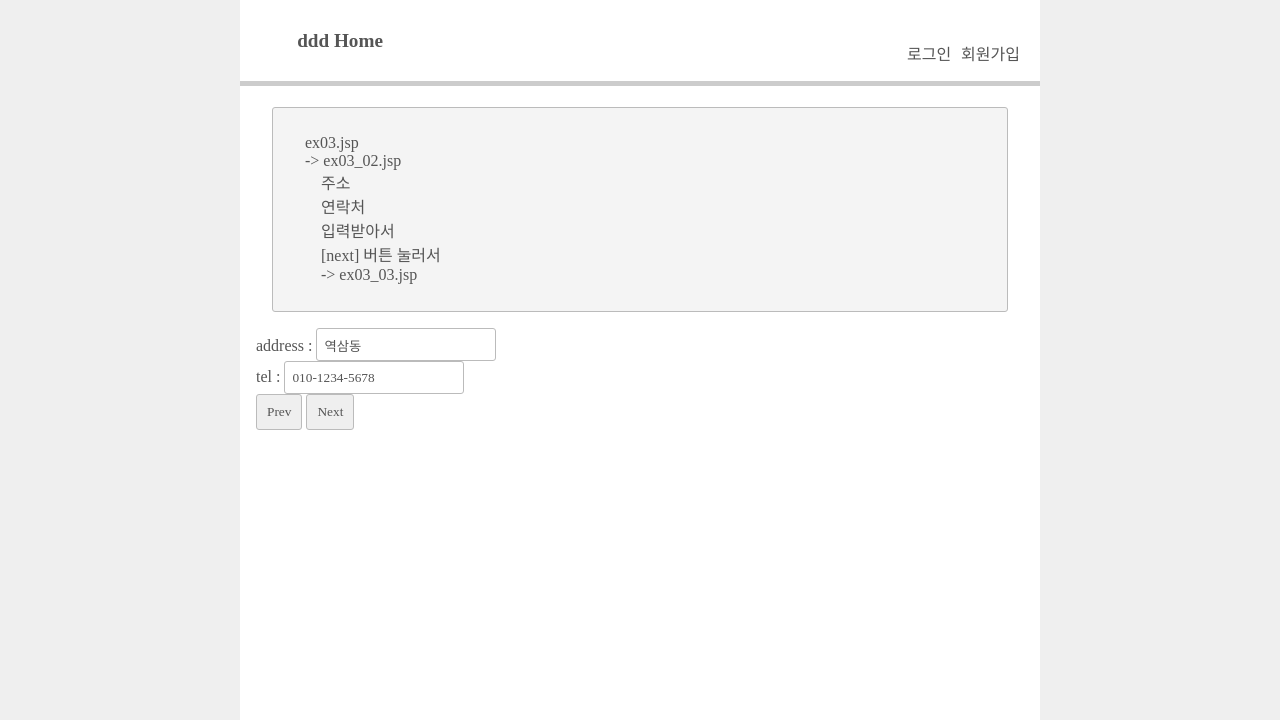
Repository: Deneb0000/JSP
Page: http://localhost/jspPro/days04/ex03_02.jsp
The author's editor kept a copy of each file at every save. The page is drawn from the files as they stood at one save, then again after the next save.
The browser window is 1280 px wide. The pictures show the whole page.
Some web fonts or font styles are not loaded; a fallback is used. The page is served by Tomcat 9. Other server files are loaded and not shown.

Above is the page before, as saved 2024-10-18 06:15:58.

### jspPro/src/main/webapp/days04/ex03_02.jsp
<%@ page contentType="text/html; charset=UTF-8" pageEncoding="UTF-8"%>
<%@ taglib prefix="c" uri="http://java.sun.com/jsp/jstl/core" %>
<!DOCTYPE html>
<html>
<head>
<meta charset="UTF-8">
<title>Insert title here</title>
<link rel="shortcut icon" type="image/x-icon" href="http://localhost/jspPro/images/SiSt.ico">
<script src="https://ajax.googleapis.com/ajax/libs/jquery/3.7.1/jquery.min.js"></script>
<meta name="viewport" content="width=device-width, initial-scale=1.0">
<meta name="google" content="notranslate">
<link rel="stylesheet" href="http://localhost/jspPro/resources/cdn-main/example.css">
<script src="http://localhost/jspPro/resources/cdn-main/example.js"></script>
<style>
 span.material-symbols-outlined{
    vertical-align: text-bottom;
 }
</style>
</head>
<body>
<header>
  <h1 class="main"><a href="#" style="position: absolute;top:30px;">ddd Home</a></h1>
  <ul>
    <li><a href="#">로그인</a></li>
    <li><a href="#">회원가입</a></li>
  </ul>
</header>
<div>
  <xmp class="code">
    ex03.jsp
    -> ex03_02.jsp
    	주소
    	연락처
    	입력받아서
    	[next] 버튼 눌러서
    	-> ex03_03.jsp
  </xmp>

  <%
  String name = request.getParameter("name");
  String age = request.getParameter("age");

  %>

  <form action="ex03_03.jsp">
  address : <input type="text" name="address" value="역삼동" /> <br />
  tel : <input type="text" name="tel" value="010-1234-5678" /> <br />
  <input type="button" value="Prev" onclick="history.back()" />
  <input type="submit" value="Next" />
  </form>

</div>
</body>
</html>

### jspPro/src/main/webapp/resources/cdn-main/example.css
@charset "UTF-8";

@import url('https://fonts.googleapis.com/css2?family=Material+Symbols+Outlined:opsz,wght,FILL,GRAD@20..48,100..700,0..1,-50..200');

@font-face {
    font-family: 'GmarketSansMedium';
    src: url('https://cdn.jsdelivr.net/gh/projectnoonnu/noonfonts_2001@1.1/GmarketSansMedium.woff') format('woff');
    font-weight: normal;
    font-style: normal;
}

:root {
	--text-color: #555;
	--sub-text-color: #777;
	--back-color: #EFEFEF;
	--header-color: #444;
	--primary-color: #DEDEDE;
	--secondary-color: #EFEFEF;
	--default-width: 800px;
	--narrow-width: 500px;
	--wide-width: 1200px;
	--text-font: 'GmarketSansMedium';
	--icon-font: 'Material Symbols Outlined';
	--border-color: #CCC;
}

html, body {
	margin: 0;
	padding: 0;
}

html {
	background-color: var(--back-color);
	display: flex;
	justify-content: center;
	min-height: 100vh;
}

body, body.default {
	width: var(--default-width);
	background-color: white;
	padding-bottom: 120px;
}

body.wide {
	width: var(--wide-width);
}

body.narrow {
	width: var(--narrow-width);
}



body, p, div, span, a, input, select, option, textarea, button, table, th, td, label, fieldset, legend {
	font-family: var(--text-font);
	color: var(--text-color);
}

h1, h2, h3 {
	font-family: var(--text-font);
	color: var(--header-color);
	padding: 0 1rem;
	padding-top: .5rem;
}

div > h1, div > h2, div > h3 {
	padding: 0;
}

body > div, body > main > div {
	padding: 0.3rem 1rem;
}


h1 { font-size: 2rem; border-bottom: 1px solid var(--border-color); }
h1 small { font-size: 1.2rem; color: var(--sub-text-color); }
h2 { font-size: 1.5rem; border-bottom: 1px dashed var(--border-color); }
h2 small { font-size: 1.1rem; color: --sub-text-color; }
h3 { font-size: 1.2rem; }
h3 small { font-size: 1rem; color: --sub-text-color; }



h1.main::before {
	font-family: var(--icon-font);
  	content: '\e666';
  	margin-right: 10px;
  	float: left;
	font-size: 2.5rem;
}

h1.sub::before {
	font-family: var(--icon-font);
  	content: '\ea19';
  	margin-right: 10px;
  	float: left;
	font-size: 2.5rem;
}


h1.page::before {
	font-family: var(--icon-font);
  	content: '\e0e0';
  	margin-right: 10px;
  	float: left;
	font-size: 2.5rem;
}

body > header > ul > li > .active{
	background-color: #FFF;
	color:#F00;
}

body > header {
	display: flex;
	justify-content: space-between;
	border-bottom: 5px solid var(--border-color);
	min-height: 74px;
	background-color: #FFF;
}

body > header.sticky {
	position: sticky;
	top: 0;
	z-index: 98;
}

body > header > h1 {
	font-size: 1.2rem;
	border: 0;
}

body > header.in > h1::before {
	font-family: var(--icon-font);
  	content: '\e332‥';
  	margin-right: 3px;
  	float: left;
	font-size: 2rem;
}


body > header > ul {
	list-style-type: none;
	display: flex;
	align-items: flex-end;
	margin-right: 10px;
}

body > header > ul > li {
	margin-right: 10px;
	cursor: pointer;
}

body > header > ul > li > a {
	cursor: pointer;
}


form {
	display: block;
}

form > div {
	padding: 0.3rem 1rem;
}

div > form > div {
	padding: 0.3rem 0;
}

input, textarea, button, select {
	border: 1px solid #BBB;
	border-radius: 3px;
	outline: none;
	resize: none;
	padding: 7px;
	margin: 0;
}

input[type=text]:read-only, textarea:read-only {
	cursor: not-allowed;
	background-color: #FFF;
}

input[type=text]:disabled, textarea:disabled {
	cursor: not-allowed;
	background-color: #EEE;
}

input[type=text], input[type=password], textarea, button, select {
	/* width: 300px; */
}

textarea {
	display: block;
	height: 100px;
}

input[type=button], input[type=submit], button {
	/* width: inherit; */
}

input.short, textarea.short, button.short, select.short {
	width: 100px;
}

input.long, textarea.long, button.long, select.long {
	width: 350px;
}

.narrow input.long, .narrow textarea.long, .narrow button.long, .narrow select.long {
	width: calc(100% - 20px);
}

input.full, textarea.full, button.full, select.full {
	width: calc(100% - 20px);
}

textarea.short {
	height: 50px;
}

textarea.long {
	height: 100px;
}

textarea.full {
	height: 200px;
}

input, textarea {
	padding-top: 8px;
}

input[type=button], input[type=submit], button {
	padding: 5px 10px;
	background-color: var(--secondary-color);
	cursor: pointer;
	min-height: 36px;
}

input[type=button].primary, input[type=submit].primary, button.primary {
	/* background-color: rgba(100, 149, 237, .2); */
	background-color: var(--primary-color);
}

input[type=button].primary:hover, input[type=submit].primary:hover, button.primary:hover {
	/* background-color: rgba(100, 149, 237, .3); */
	background-color: var(--secondary-color);
}

input[type=button]:hover, input[type=submit]:hover, button:hover {
	background-color: var(--primary-color);
}

button {
	position: relative;
	left: 0;
	top: 0;
	padding-left: 35px;
}

button .material-symbols-outlined {
	position: absolute;
	left: 10px;
	top: 4px;
}

/* k2nik add */
button.login::before {
	font-family: var(--icon-font);
  	content: '\ea77';
	position: absolute;
	left: 11px;
	top: 4px;
	font-size: 1.25rem;
}

/* k2nik logout */
button.logout::before {
	font-family: var(--icon-font);
  	content: '\e9ba';
	position: absolute;
	left: 11px;
	top: 4px;
	font-size: 1.25rem;
}

/* k2nik help */
button.help::before {
	font-family: var(--icon-font);
  	content: '\f1c0';
	position: absolute;
	left: 11px;
	top: 4px;
	font-size: 1.25rem;
}

button.add::before{
	font-family: var(--icon-font);
  	content: '\e746';
	position: absolute;
	left: 11px;
	top: 4px;
	font-size: 1.25rem;
}

button.back::before {
	font-family: var(--icon-font);
  	content: '\e166';
	position: absolute;
	left: 11px;
	top: 4px;
	font-size: 1.25rem;
}

button.list::before {
	font-family: var(--icon-font);
  	content: '\e0ee';
	position: absolute;
	left: 11px;
	top: 4px;
	font-size: 1.25rem;
}


button.del::before {
	font-family: var(--icon-font);
  	content: '\e872';
	position: absolute;
	left: 11px;
	top: 4px;
	font-size: 1.25rem;
}


button.edit::before {
	font-family: var(--icon-font);
  	content: '\e745';
	position: absolute;
	left: 11px;
	top: 4px;
	font-size: 1.25rem;
}


button.login::before {
	font-family: var(--icon-font);
  	content: '\ea77';
	position: absolute;
	left: 11px;
	top: 4px;
	font-size: 1.25rem;
}


button.logout::before {
	font-family: var(--icon-font);
  	content: '\e9ba';
	position: absolute;
	left: 11px;
	top: 4px;
	font-size: 1.25rem;
}


button.in::before {
	font-family: var(--icon-font);
  	content: '\f71a';
	position: absolute;
	left: 11px;
	top: 4px;
	font-size: 1.25rem;
}


button.out::before {
	font-family: var(--icon-font);
  	content: '\f70e';
	position: absolute;
	left: 11px;
	top: 4px;
	font-size: 1.25rem;
}


button.reply::before {
	font-family: var(--icon-font);
  	content: '\e15e';
	position: absolute;
	left: 11px;
	top: 4px;
	font-size: 1.25rem;
}


button.comment::before {
	font-family: var(--icon-font);
  	content: '\e0b9';
	position: absolute;
	left: 11px;
	top: 4px;
	font-size: 1.25rem;
}


button.modal::before {
	font-family: var(--icon-font);
  	content: '\e89e';
	position: absolute;
	left: 11px;
	top: 4px;
	font-size: 1.25rem;
}


button.ok::before {
	font-family: var(--icon-font);
  	content: '\e86c';
	position: absolute;
	left: 11px;
	top: 4px;
	font-size: 1.25rem;
}


button.cancel::before {
	font-family: var(--icon-font);
  	content: '\e5c9';
	position: absolute;
	left: 11px;
	top: 4px;
	font-size: 1.25rem;
}

button.search::before {
	font-family: var(--icon-font);
  	content: '\e8b6';
	position: absolute;
	left: 11px;
	top: 4px;
	font-size: 1.25rem;
}

button.home::before {
	font-family: var(--icon-font);
  	content: '\e88a';
	position: absolute;
	left: 11px;
	top: 4px;
	font-size: 1.25rem;
}


button.sidebar::before {
	font-family: var(--icon-font);
  	content: '\f7e4';
	position: absolute;
	left: 11px;
	top: 4px;
	font-size: 1.25rem;
}


button.sidebar-right::before {
	font-family: var(--icon-font);
  	content: '\f7e5';
	position: absolute;
	left: 11px;
	top: 4px;
	font-size: 1.25rem;
}




button::before {
	font-family: var(--icon-font);
  	content: '\e323';
	position: absolute;
	left: 11px;
	top: 4px;
	font-size: 1.25rem;
}


table {
	border-collapse: collapse;
	margin: 1rem;
	box-sizing: border-box;
	width: calc(100% - 32px);
}

table.content {
	width: auto;
}

div > table {
	margin: 0;
}

table th, table td {
	border: 1px solid var(--border-color);
	padding: 7px;
	font-weight: normal;
}

table th {
	background-color: var(--back-color);
}

table.vertical th {
	width: 150px;
}

table.vertical td {
	width: calc(100% - 182px);
	padding-left: 10px;
}

table.content td, table.content th {
	width: auto;
}

body.narrow table.vertical th {
	width: 100px;
}

body.narrow table.vertical td {
	width: calc(100% - 182px);
}


table + table {
	margin-top: 30px;
}


p {
	padding: 0 1rem;
}

a {
	text-decoration: none;
}

a:hover {
	color: rgba(255, 99, 71, .7);
}

hr {
	border: 0;
	border-top: 1px solid var(--border-color);
	margin: 2rem 0;
}

.message {
	border: 1px solid var(--border-color);
	background-color: #EFEFEF;
	margin: 1rem;
	width: auto;
	padding-top: 10px;
	padding-bottom: 10px;
	font-size: 14px;
}

.message[title]::before {
	content: attr(title);
	display: block;
	border-bottom: 1px solid var(--border-color);
	padding-bottom: 5px;
	margin-bottom: 10px;
	margin-top: 7px;
}

.message.short {
	max-width: 250px;
}

.message.long {
	max-width: 500px;
}

.badge {
	float: right;
	font-size: .8rem;
	margin-top: 2px;
	margin-right: 2px;
	text-shadow: 0 0 7px gray;
}

.badge.left {
	float: none;
	margin-left: 2px;
}

.badge.right {
	float: right;
}

.badge.red {
	border-radius: 50%;
	padding: 2px 5px;
	background-color: rgb(255, 99, 71, .3);
}

.badge.yellow {

	border-radius: 50%;
	padding: 2px 5px;
	background-color: rgb(255, 215, 0, .5);
}

.badge.blue {
	border-radius: 50%;
	padding: 2px 5px;
	background-color: rgb(100, 149, 237, .3);
}

label + label {
	margin-left: 7px;
}

label input[type=checkbox], label input[type=radio] {
	transform: translate(0, 1px);
}

.group {
	display: flex;
}

.modal-content .group {
	margin-bottom: .5rem;
}

.group label {
	border: 1px solid #BBB;
	border-radius: 3px;
	outline: none;
	resize: none;
	padding: 7px 14px;
	margin: 0;
	border-top-right-radius: 0;
	border-bottom-right-radius: 0;
	background-color: #EFEFEF;
	white-space: nowrap;
	font-size: 14px;
}

.group input[type=text] {
	margin-left: -1px;
	border-top-left-radius: 0;
	border-bottom-left-radius: 0;
}

.group select {
	margin-left: -1px;
	border-top-left-radius: 0;
	border-bottom-left-radius: 0;
}

.group input.full[type=text] {
	margin-left: -1px;
	border-top-left-radius: 0;
	border-bottom-left-radius: 0;
	width: 100%;
}

.group input[type=button]:first-child, .group button:first-child {
	border-top-left-radius: 3px;
	border-bottom-left-radius: 3px;
	margin-left: 0px;
}

.group input[type=button], .group button {
	border-radius: 0;
	margin-left: -1px;
}

.group input[type=button]:last-child, .group button:last-child {
	margin-left: -1px;
	border-top-right-radius: 3px;
	border-bottom-right-radius: 3px;
}

.seperate {
	display: flex;
	justify-content: space-between;
}

div.list {
	width: max-content;
	margin: 1rem;
	border: 1px solid #BBB;
	border-radius: 3px;
	padding: 0;
}

div.list.full {
	width: auto;
	display: block;
	margin: 1rem;
	border: 1px solid #BBB;
	border-radius: 3px;
	padding: 0;
}

div.list > div {
	padding: .5rem 1rem;
	margin: 0;
	border-bottom: 1px solid #BBB;
}

div.list > div:last-child {
	border-bottom: 0;
}

pre.code , xmp.code{
	font-family: consols;
	background-color: rgba(150, 150, 150, .1);
	border: 1px solid #BBB;
	border-radius: 3px;
	padding: .5rem 1rem;
	padding-bottom: .6rem;
	margin: 1rem;
}




*[data-modal-window] {
	position: fixed;
	background-color: rgba(0, 0, 0, .3);
	left: 0;
	top: 0;
	display: none;
	justify-content: center;
	align-items: flex-start;
	width: 100%;
	min-height: 100vh;
	z-index: 100;
	opacity: 0;
	transition: 500ms all;
}

*[data-modal-window] .modal-container {
	border-radius: 5px;
	padding: 1rem;
	padding-bottom: .5rem;
	margin-top: -500px;
	opacity: 0;
	width: 500px;
	background-color: #FFF;
	margin-right: 2rem;
	transition: 500ms all;
}

*[data-modal-size=content] .modal-container {
	width: auto;
}

*[data-modal-size=narrow] .modal-container {
	width: 300px;
}

*[data-modal-size=wide] .modal-container {
	width: 760px;
}


*[data-modal-window] .modal-header {
	border-bottom: 1px solid var(--border-color);
	padding: 2px 5px;
}

*[data-modal-window] .modal-content {
	padding: 1rem 5px;
}

*[data-modal-window] .modal-content div:last-child {
	margin-top: 1rem;
	text-align: right;
}



*[data-sidebar-window] {
	position: fixed;
	background-color: #FFF;
	left: 0;
	top: 0;
	display: block;
	width: 300px;
	border-right: 1px solid var(--border-color);
	box-sizing: border-box;
	box-shadow: 0 0 3px var(--back-color);
	min-height: 100vh;
	z-index: 99;
	transform: translate(-300px, 0);
	transition-duration: 500ms;
	transition-property: transform;
}

*[data-sidebar-direction=right] {
	left: auto;
	right: 0;
	transform: translate(300px, 0);
	border-left: 1px solid var(--border-color);
}

*[data-sidebar-size=wide] {
	width: 500px;
	transform: translate(-500px, 0);
}

*[data-sidebar-window] .sidebar-title {
	border-bottom: 1px solid var(--border-color);
	margin-top: 20px;
	margin-bottom: 20px;
	padding-bottom: 5px;
	display: flex;
	justify-content: space-between;
}

*[data-sidebar-window] .sidebar-title span:last-child {
	cursor: pointer;
}


/* K2Nik pagination */
.center {
  text-align: center;
}

.pagination {
  display: inline-block;
}

.pagination a {
  color: black;
  float: left;
  padding: 3px 6px;
  text-decoration: none;
  transition: background-color .3s;
  border: 1px solid #ddd;
  margin: 0 3px;
}

.pagination a.active {
  background-color: #4CAF50;
  color: white;
  border: 1px solid #4CAF50;
}

.pagination a:hover:not(.active) {background-color: #ddd;}

### jspPro/src/main/webapp/resources/cdn-main/example.js

window.onload = () => {

    const list = document.querySelectorAll('input, textarea');

    list.forEach(item => {
        item.setAttribute('autocomplete', 'off');
    });


    const modal_btn_list = document.querySelectorAll('*[data-modal-button]');

    modal_btn_list.forEach(item => {
        item.onclick = function() {

            const name = this.dataset['modalButton'];
            const modal_window = document.querySelector('*[data-modal-window=' + name);

            const container = document.createElement('div');
            container.className = 'modal-container';



            const modal_header = document.createElement('div');
            modal_header.textContent = modal_window.dataset['modalTitle'];
            modal_header.className = 'modal-header';
            container.appendChild(modal_header);

            const modal_content = document.createElement('div');
            modal_content.className = 'modal-content';
            container.appendChild(modal_content);

            Array.from(modal_window.childNodes).forEach(item => {
                modal_content.appendChild(item);
            });

            modal_window.appendChild(container);

            modal_window.style.display = 'flex';

            setTimeout(() => {
                modal_window.style.opacity = 1;
                container.style.marginTop = '20px';
                container.style.opacity = 1;
            }, 50);


            const modal_ok = document.querySelector('*[data-modal-ok=' + name);
            modal_ok.addEventListener('click', function() {
                modal_window.style.opacity = 0;
                container.style.marginTop = '-500px';
                container.style.opacity = 0;

                setTimeout(() => {
                    modal_window.innerHTML = modal_content.innerHTML;
                    modal_window.style.display = 'none';
                }, 500);

            });

            const modal_cancel = document.querySelector('*[data-modal-cancel=' + name);
            modal_cancel.addEventListener('click', function() {

                modal_window.style.opacity = 0;
                container.style.marginTop = '-500px';
                container.style.opacity = 0;

                setTimeout(() => {
                    modal_window.innerHTML = modal_content.innerHTML;
                    modal_window.style.display = 'none';
                }, 500);
            });


        };
    });


    const sidebar_btn_list = document.querySelectorAll('*[data-sidebar-button]');

    sidebar_btn_list.forEach(item => {
        item.onclick = function() {



            const name = this.dataset['sidebarButton'];
            const sidebar_window = document.querySelector('*[data-sidebar-window=' + name);

            if (sidebar_window.style.transform == 'translate(0px, 0px)') return;



            sidebar_window.style.transform = 'translate(0, 0)';

            const sidebar_title = document.createElement('div');
            sidebar_title.className = 'sidebar-title';
            sidebar_title.innerHTML = '<span>' + sidebar_window.dataset['sidebarTitle'] + '</span><span class="material-symbols-outlined">close</span>';

            sidebar_title.children[1].onclick = function() {

                let sign = 1;
                let distance = 300;

                if (sidebar_window.dataset['sidebarDirection'] != 'right') {
                    sign = -1;
                } else {
                    sign = 1;
                }

                if (sidebar_window.dataset['sidebarSize'] != 'wide') {
                    distance = 300;
                } else {
                    distance = 500;
                }

                distance *= sign;

                sidebar_window.style.transform = 'translate(' + distance + 'px, 0)';

                setTimeout(function() {
                    sidebar_window.removeChild(sidebar_window.children[0]);
                }, 500);
            };


            sidebar_window.prepend(sidebar_title);

        }
    });

};

// window.onkeydown = function(event) {

//     if (event.keyCode == 27) {
//         if (document.querySelector('[data-modal-window').style.display == 'flex') {
//             document.querySelector('[data-modal-window').style.display = 'none';
//         }
//     }

// };

After the next save:
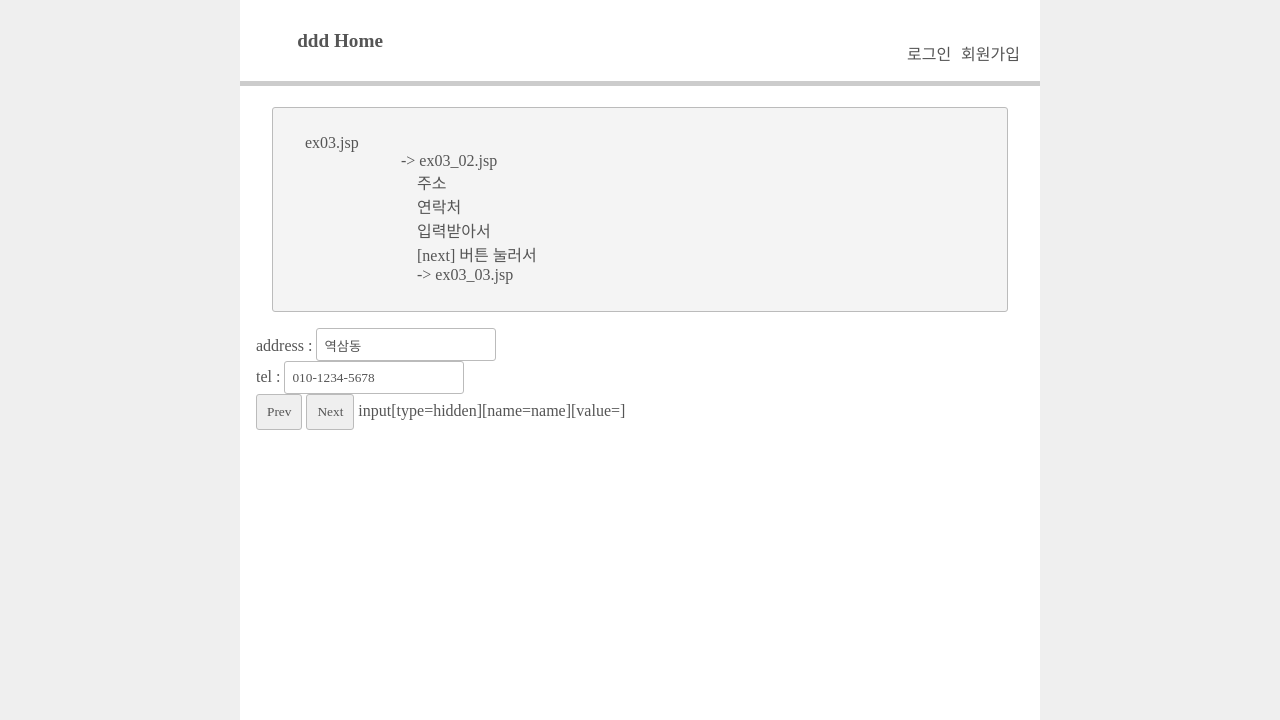
Saved 85 s later.
--- a/jspPro/src/main/webapp/days04/ex03_02.jsp
+++ b/jspPro/src/main/webapp/days04/ex03_02.jsp
@@ -28,12 +28,12 @@
 <div>
   <xmp class="code">
     ex03.jsp
-    -> ex03_02.jsp
-    	주소
-    	연락처
-    	입력받아서
-    	[next] 버튼 눌러서
-    	-> ex03_03.jsp
+			    -> ex03_02.jsp
+			    	주소
+			    	연락처
+			    	입력받아서
+			    	[next] 버튼 눌러서
+			    	-> ex03_03.jsp
   </xmp>
 
   <%
@@ -47,6 +47,10 @@
   tel : <input type="text" name="tel" value="010-1234-5678" /> <br />
   <input type="button" value="Prev" onclick="history.back()" />
   <input type="submit" value="Next" />
+
+	<!-- 이전 페이지에서 전달되 파라미터를 저장할 input 태그 -->
+	input[type=hidden][name=name][value=]
+
   </form>
 
 </div>
